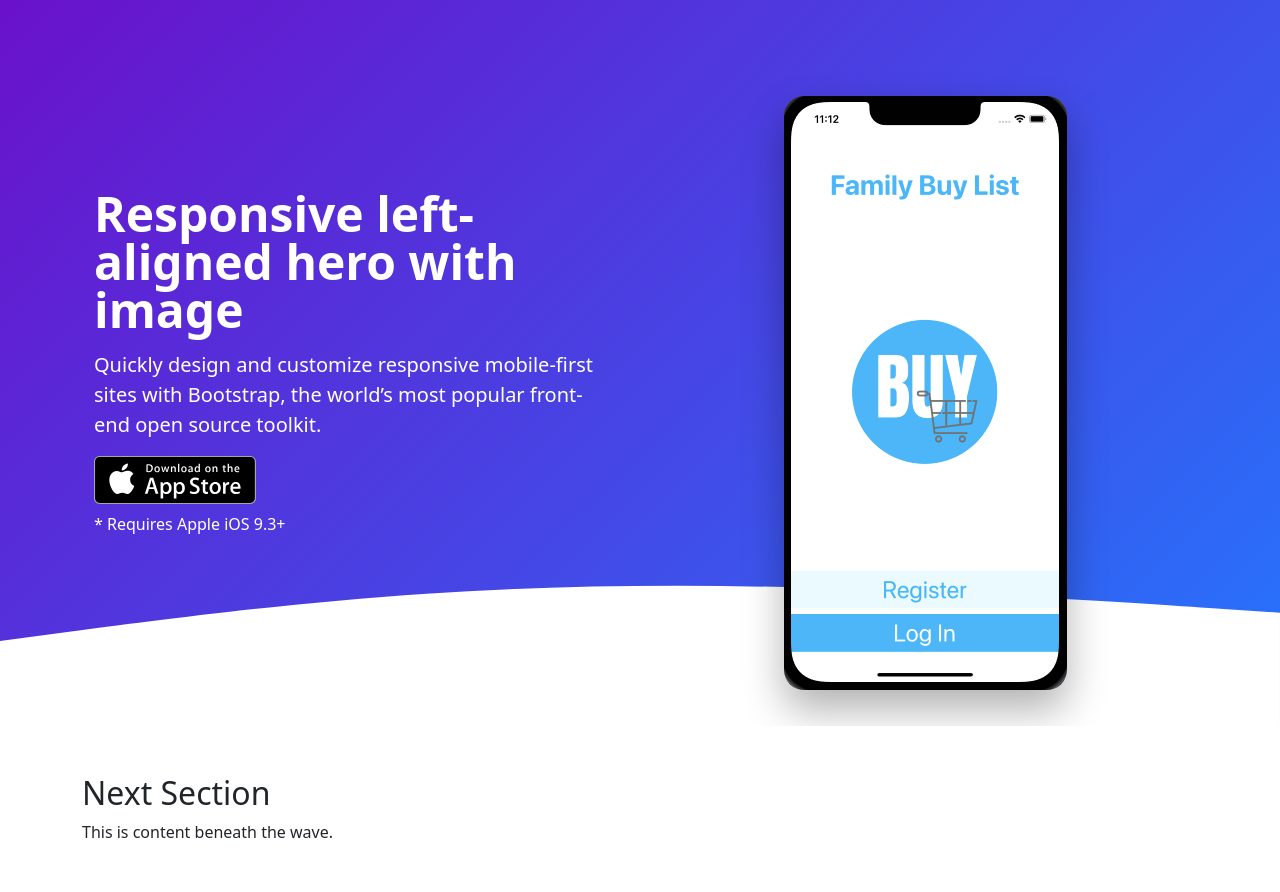
Repository: lyutok/iOS
Page: Billequal_landpage/index.html
The author's editor kept a copy of each file at every save. The page is drawn from the files as they stood at one save, then again after the next save.
The browser window is 1280 px wide. The pictures show the whole page.

Above is the page before, as saved 2025-10-16 15:40:54.

### Billequal_landpage/index.html
<!DOCTYPE html>
<html lang="en">
<head>
  <meta charset="UTF-8">
  <meta name="viewport" content="width=device-width, initial-scale=1.0">
  <title>Billequal</title>
  <link href="https://cdn.jsdelivr.net/npm/bootstrap@5.2.3/dist/css/bootstrap.min.css" rel="stylesheet" integrity="sha384-rbsA2VBKQhggwzxH7pPCaAqO46MgnOM80zW1RWuH61DGLwZJEdK2Kadq2F9CUG65" crossorigin="anonymous">
  <link rel="stylesheet" href="./css/style.css">
</head>
<body>
<section id="main" class="gradient-background position-relative overflow-hidden">
  <div class="container col-xxl-8 px-4 py-5 position-relative" style="z-index: 2;">
    <div class="row flex-lg-row-reverse align-items-center g-5 py-5">
      <div class="col-10 col-sm-8 col-lg-6">
        <img src="./images/BuyList2.png"
             class="d-block mx-lg-auto img-fluid hero-image"
             alt="billequal screenshot"
             height="200"
             loading="lazy">
      </div>
      <div class="col-lg-6">
        <h1 class="display-5 fw-bold lh-1 mb-3">
          Responsive left-aligned hero with image
        </h1>
        <p class="lead">
          Quickly design and customize responsive mobile-first sites with Bootstrap, the world’s most popular front-end open source toolkit.
        </p>
        <div class="mb-5 mb-lg-0">
          <a class="me-3" href="#!">
            <img src="./images/app-store-badge.svg" style="height: 3rem">
          </a>
          <div class="page-header-ui-text mt-2 text-xs font-italic">
            * Requires Apple iOS 9.3+
          </div>
        </div>
      </div>
    </div>
  </div>

  <!-- 🌊 Wave divider -->
  <div class="wave-divider position-absolute bottom-0 start-0 w-100" style="z-index: 1;">
    <svg viewBox="0 0 1440 320" xmlns="http://www.w3.org/2000/svg">
      <path fill="#ffffff" fill-opacity="1"
        d="M0,224L80,213.3C160,203,320,181,480,170.7C640,160,800,160,960,165.3C1120,171,1280,181,1360,186.7L1440,192L1440,320L1360,320C1280,320,1120,320,960,320C800,320,640,320,480,320C320,320,160,320,80,320L0,320Z">
      </path>
    </svg>
  </div>
</section>

<section class="container my-5">
  <h2>Next Section</h2>
  <p>This is content beneath the wave.</p>
</section>

</body>
</html>

### Billequal_landpage/css/style.css
/* .gradient-background {
	background: linear-gradient(-45deg, #ee7752, #e73c7e, #23a6d5, #23d5ab);
	background-size: 400% 400%;
	animation: gradient 15s ease infinite;
	height: 100vh;
}

@keyframes gradient {
	0% {
		background-position: 0% 50%;
	}
	50% {
		background-position: 100% 50%;
	}
	100% {
		background-position: 0% 50%;
	}
} */

.gradient-background {
  background: linear-gradient(135deg, #6a11cb, #2575fc);
  color: white;
  position: relative;
}

/* Keep SVG under the content */
.wave-divider svg {
  display: block;
  width: 100%;
  height: auto;
}

/* Float the hero image slightly above the wave */
.hero-image {
  position: relative;
  z-index: 3; /* 👈 This ensures it stays above the SVG */
  margin-bottom: -60px; /* Moves it down toward the wave visually */
  box-shadow: 0 20px 40px rgba(0, 0, 0, 0.3);
  border-radius: 20px;
}

After the next save:
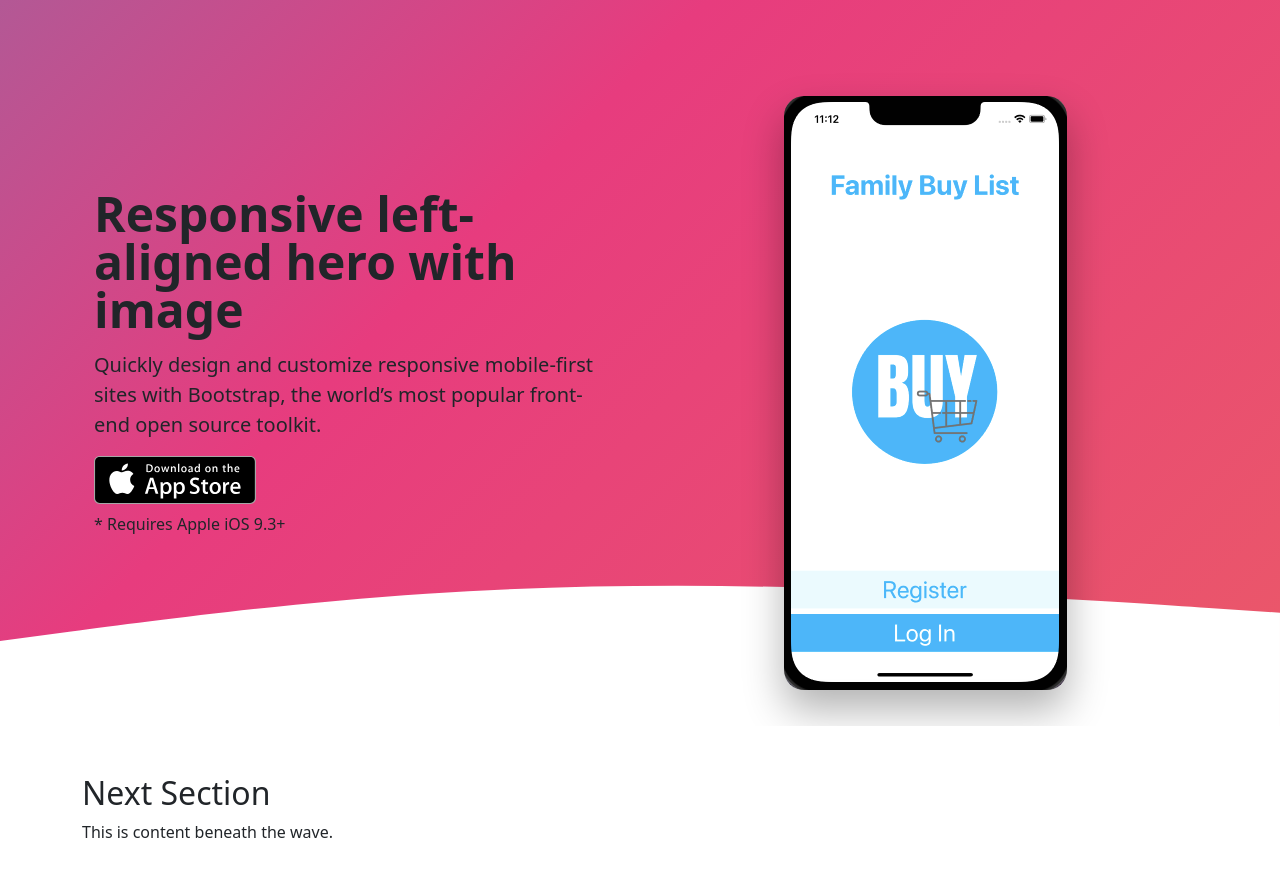
Saved 2 min 27 s later.
--- a/Billequal_landpage/css/style.css
+++ b/Billequal_landpage/css/style.css
@@ -1,8 +1,7 @@
-/* .gradient-background {
+.gradient-background {
 	background: linear-gradient(-45deg, #ee7752, #e73c7e, #23a6d5, #23d5ab);
 	background-size: 400% 400%;
 	animation: gradient 15s ease infinite;
-	height: 100vh;
 }
 
 @keyframes gradient {
@@ -15,13 +14,13 @@
 	100% {
 		background-position: 0% 50%;
 	}
-} */
+}
 
-.gradient-background {
+/* .gradient-background {
   background: linear-gradient(135deg, #6a11cb, #2575fc);
   color: white;
   position: relative;
-}
+} */
 
 /* Keep SVG under the content */
 .wave-divider svg {
